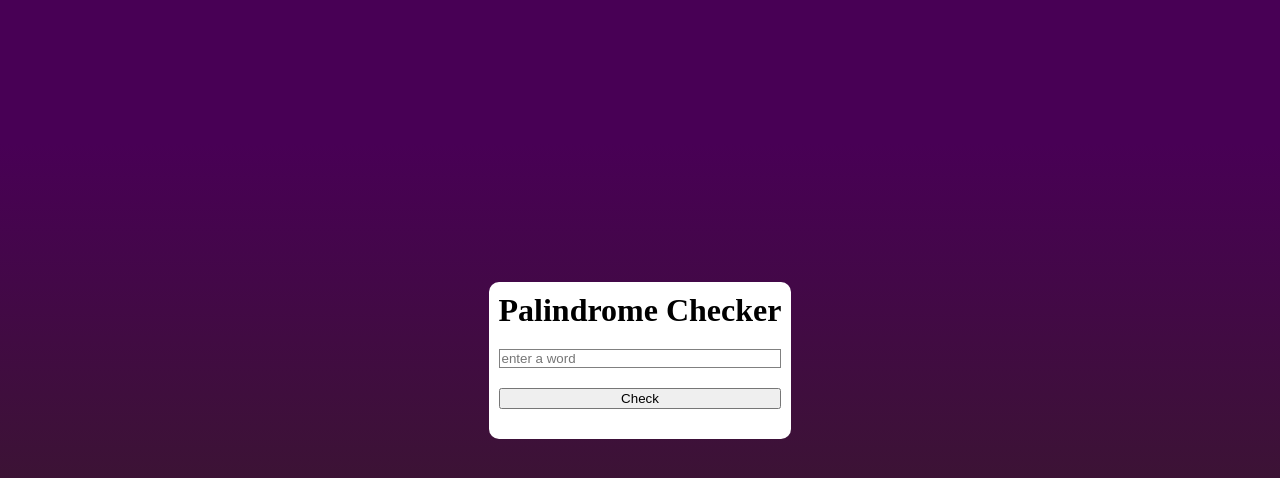
Repository: albinsabu2023/palindromeChecker
Page: index.html
These files come from the project's save history. The page is drawn as it stood at one moment and after the next save; the edit follows.
The browser window is 1280 px wide. The pictures show the whole page.

Above is the page before, as saved 2023-09-12 01:18:26.

### index.html
<!DOCTYPE html>
<html lang="en">
<head>
    <meta charset="UTF-8">
    <meta name="viewport" content="width=device-width, initial-scale=1.0">
    <title>Document</title>
    <link rel="stylesheet" href="style.css">
</head>
<body>
    <div class="container">
        <h1>Palindrome Checker</h1>
        <input type="text" id="inputText" placeholder="enter a word">
        <button id="checkButton">Check</button>
        <div id="result">

        </div>
    </div>
    <script src="home.js"></script>
</body>
</html>

### style.css
*{
    margin:0;

}
body{
    display: flex;
    align-items: center;
    justify-content: center;
    height: 100vh;
    background:linear-gradient(rgb(72, 0, 85) 20%, rgb(58, 22, 48) 74%) ;
}
.container{
    padding: 10px;
    margin: 10px;
    background-color: white;
    border-radius: 10px;
    display: flex;
    flex-direction: column ;
    gap: 20px;
}
.container input{
    border:1px solid gray
}

Loaded but not shown: home.js (no copy from this time; the picture is the same without it)

After the next save:
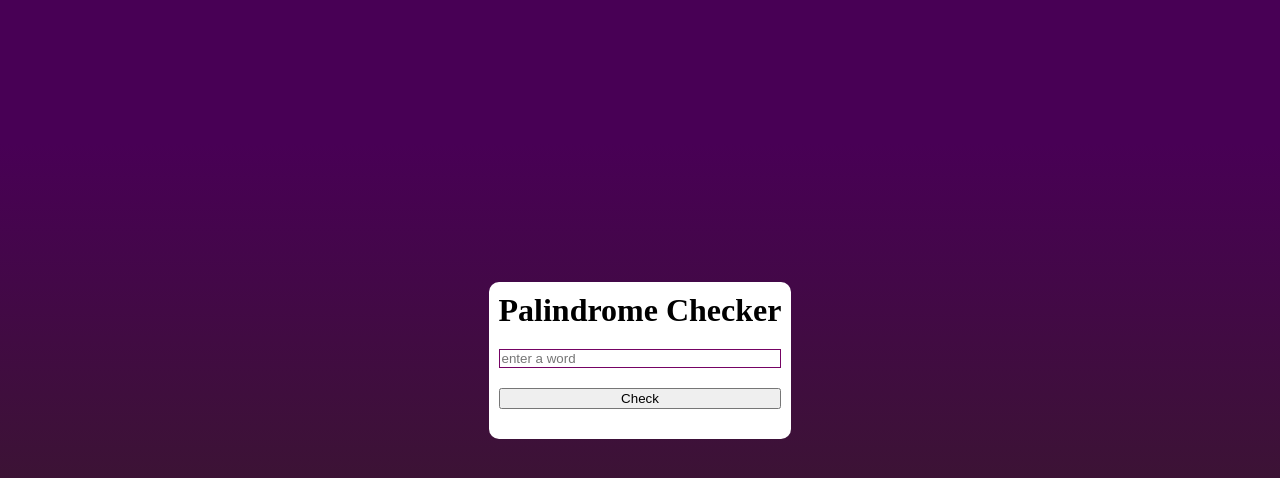
Saved 6 s later.
--- a/style.css
+++ b/style.css
@@ -19,5 +19,5 @@
     gap: 20px;
 }
 .container input{
-    border:1px solid gray
+    border:1px solid rgb(117, 3, 100)
 }
